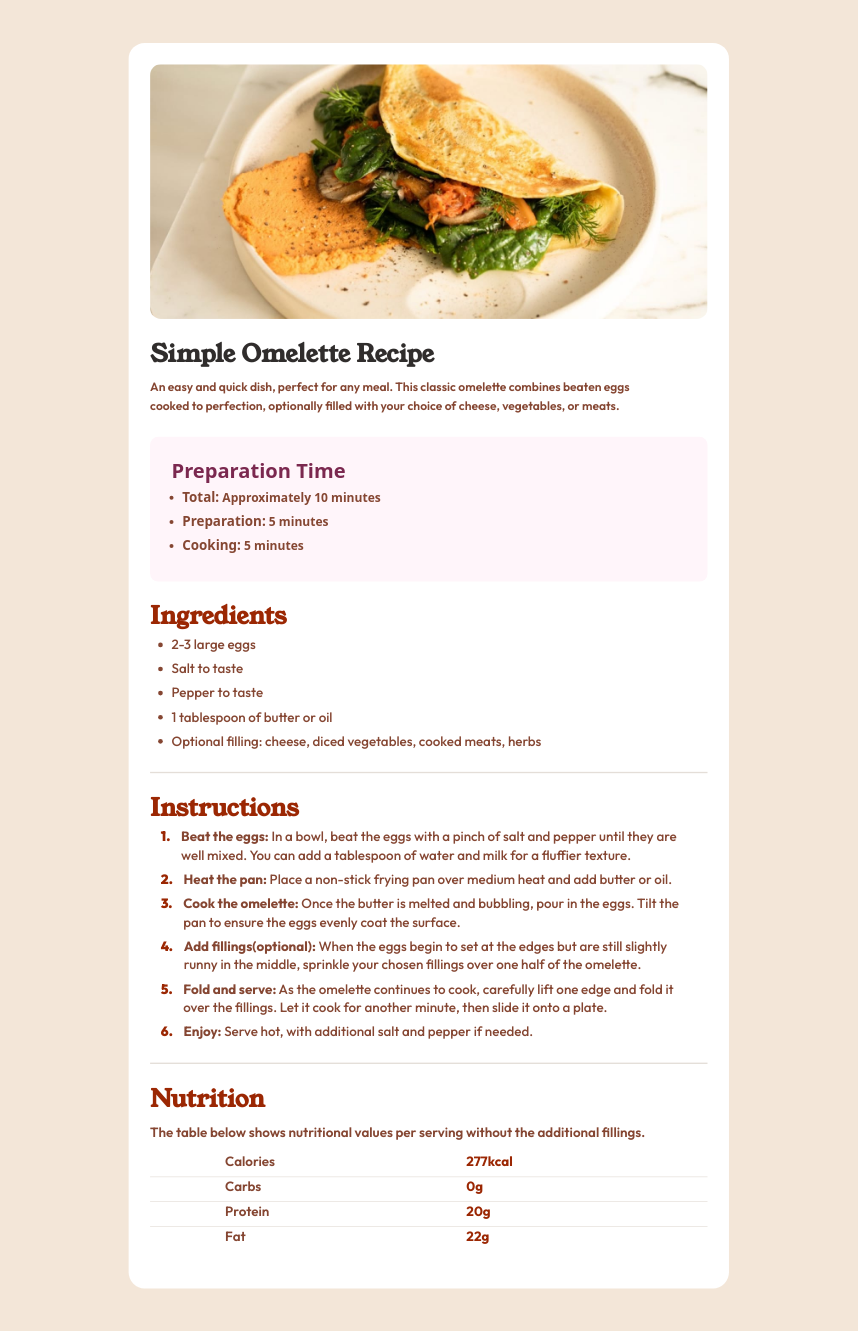
Repository: nivrii/recipe-page-main
Page: /
An editor plug-in stored every save of this project. The page is shown before and after the next save, followed by the edit.
The browser window is 1280 px wide. The pictures show the whole page, at 67% of full size.
The project was rebuilt for these pictures with package versions that can differ from the ones it lists, and the page was loaded fresh each time. Also part of the build but not shown: vite.config.js, src/index.css.

Above is the page before, as saved 2024-03-27 13:02:04.

### src/App.jsx
import "./App.css";
import { Nutrition } from "./Nutrition";
import { Instructions } from "./Instructions";
import { Ingredients } from "./Ingredients";
import { Prep } from "./Prep";
import { Header } from "./Header";
import { Image } from "./Image";
import omelette from "./assets/images/image-omelette.jpeg";

function App() {
  return (
    <body className="md:bg-eggshell md:pt-16 md:pb-16 ">
      <div className="
       flex flex-col w-screen min-h-max md:m-auto md:p-8 md:w-[70vw]
       md:bg-white md:rounded-3xl lg:w-[60vw]">
        <Image omelette={omelette} />
        <Header />
        <Prep />
        <div className="divide-y-2 divide-lightGrey mx-4 md:mx-0">
          <Ingredients />
          <Instructions />
          <Nutrition />
        </div>
      </div>
    </body>
  );
}

export default App;

### src/App.css
@import url("https://fonts.googleapis.com/css2?family=Young+Serif&display=swap");

@import url("https://fonts.googleapis.com/css2?family=Outfit:wght@100..900&display=swap");

@import "tailwindcss/base";
@import "tailwindcss/components";
@import "tailwindcss/utilities";

### src/Nutrition.jsx
export function Nutrition() {
  return (
    <div className="m-4 mb-8 md:mx-0">
      <h1 className="text-left text-nutmegLight text-3xl md:text-4xl font-bold font-young mt-8 mb-4">
        Nutrition
      </h1>
      <p className="text-nutmeg font-semibold font-outfit mb-4 md:text-xl">
        The table below shows nutritional values per serving without the
        additional fillings.
      </p>
      <div className="divide-y divide-lightGrey font-outfit md:text-xl">
        <div className="flex flex-row my-2 text-left">
          <p className="basis-1/2 text-nutmeg font-semibold ml-8 md:ml-28">Calories</p>
          <p className="basis-1/2 text-nutmegLight font-bold">277kcal</p>
        </div>
        <div className="flex flex-row my-2 text-left">
          <p className="basis-1/2 text-nutmeg font-semibold ml-8 md:ml-28">Carbs</p>
          <p className="basis-1/2 text-nutmegLight font-bold">0g</p>
        </div>
        <div className="flex flex-row my-2 text-left">
          <p className="basis-1/2 text-nutmeg font-semibold ml-8 md:ml-28">Protein</p>
          <p className="basis-1/2 text-nutmegLight font-bold">20g</p>
        </div>
        <div className="flex flex-row my-2 text-left">
          <p className="basis-1/2 text-nutmeg font-semibold ml-8 md:ml-28">Fat</p>
          <p className="basis-1/2 text-nutmegLight font-bold">22g</p>
        </div>
      </div>
    </div>
  );
}

### src/Instructions.jsx
export function Instructions() {
  return (
    <div className="m-4 md:mx-0">
      <h1 className="text-left text-nutmegLight text-3xl md:text-4xl font-bold font-young mt-8">
        Instructions
      </h1>
      <ul className="font-outfit mt-2 mb-8 mx-4 text-nutmeg font-medium space-y-2 md:text-xl lg:text-2xl">
        <li className="flex flex-row space-x-4">
          <div className="text-nutmegLight font-black">1.</div>
          <div className="">
            <span className="font-bold"> Beat the eggs:</span> In a bowl, beat
            the eggs with a pinch of salt and pepper until they are well mixed.
            You can add a tablespoon of water and milk for a fluffier texture.
          </div>
        </li>
        <li className="flex flex-row space-x-4">
          <div className="text-nutmegLight font-black ">2.</div>
          <div className="">
            <span className="font-bold"> Heat the pan:</span> Place a non-stick
            frying pan over medium heat and add butter or oil.
          </div>
        </li>
        <li className="flex flex-row space-x-4">
          <div className="text-nutmegLight font-black">3.</div>
          <div className="">
            <span className="font-bold"> Cook the omelette:</span> Once the
            butter is melted and bubbling, pour in the eggs. Tilt the pan to
            ensure the eggs evenly coat the surface.
          </div>
        </li>
        <li className="flex flex-row space-x-4">
          <div className="text-nutmegLight font-black">4.</div>
          <div className="">
            <span className="font-bold"> Add fillings(optional):</span> When the
            eggs begin to set at the edges but are still slightly runny in the
            middle, sprinkle your chosen fillings over one half of the omelette.
          </div>
        </li>
        <li className="flex flex-row space-x-4">
          <div className="text-nutmegLight font-black">5.</div>
          <div className="">
            <span className="font-bold"> Fold and serve:</span> As the omelette
            continues to cook, carefully lift one edge and fold it over the
            fillings. Let it cook for another minute, then slide it onto a
            plate.
          </div>
        </li>
        <li className="flex flex-row space-x-4">
          <div className="text-nutmegLight font-black">6.</div>
          <div className="">
            <span className="font-bold"> Enjoy:</span> Serve hot, with
            additional salt and pepper if needed.
          </div>
        </li>
      </ul>
    </div>
  );
}

### src/Ingredients.jsx
export function Ingredients() {
  return (
    <div className="m-4 md:mx-0">
      <h1 className="text-left text-nutmegLight text-3xl font-bold font-young mt-8 md:text-4xl lg:text-5xl">
        Ingredients
      </h1>
      <ul className="list-disc px-4 font-outfit mt-2 mb-8 mx-4 text-nutmeg font-medium space-y-2 md:text-xl lg:text-2xl">
        <li>2-3 large eggs</li>
        <li>Salt to taste</li>
        <li>Pepper to taste</li>
        <li>1 tablespoon of butter or oil</li>
        <li>Optional filling: cheese, diced vegetables, cooked meats, herbs</li>
      </ul>
    </div>
  );
}

### src/Prep.jsx
export function Prep() {
  return <div className="bg-roseWhite p-4 mx-8 rounded-xl md:mx-0 md:p-8">
        <h1 className="text-left text-darkRaspberry text-2xl font-bold md:text-3xl">
          Preparation Time
        </h1>
        <ul className="list-disc px-4 text-nutmeg md:text-lg">
          <li className=" font-semibold my-2 ">
            <span className="font-extrabold md:text-xl lg:text:2xl">Total:</span> Approximately 10
            minutes
          </li>
          <li className=" font-semibold my-2">
            <span className="font-extrabold md:text-xl lg:text:2xl">Preparation:</span> 5 minutes
          </li>
          <li className=" font-semibold my-2">
            <span className="font-extrabold md:text-xl lg:text:2xl">Cooking:</span> 5 minutes
          </li>
        </ul>
      </div>;
}

### src/Header.jsx
export function Header() {
  return <div className="bg-white m-8 md:mx-0">
        <h1 className="text-left text-darkCharcoal text-4xl font-bold font-young lg:text-5xl">
          Simple Omelette Recipe
        </h1>
        <p className="text-left font-outfit text-nutmeg mt-4 font-semibold md:text-lg lg:text-xl max-w-screen-md">
          An easy and quick dish, perfect for any meal. This classic omelette
          combines beaten eggs cooked to perfection, optionally filled with your
          choice of cheese, vegetables, or meats.
        </p>
      </div>;
}

### src/Image.jsx
/* eslint-disable react/prop-types */
export function Image({
  omelette
}) {
  return <div className=" md:w-auto">
        <img src={omelette} alt="omelette" className="w-screen md:w-auto md:rounded-2xl" />
      </div>;
}

### tailwind.config.js
/** @type {import('tailwindcss').Config} */
export default {
  content: ["./index.html", "./src/**/*.{js,ts,jsx,tsx}"],
  theme: {
    screens: {
      'sm': '375px',
      'md': '768px',
      'lg': '1440px',
      'xl': '1920px',
    },
    extend: {
      fontFamily: {
        outfit: ["Outfit", "sans-serif"],
        young: ["Young Serif", "serif"],
      },
      colors: {
        roseWhite: "hsl(330, 100%, 98%)",
        white: "hsl(0, 0%, 100%)",
        eggshell: "hsl(30, 54%, 90%)",
        lightGrey: "hsl(30, 18%, 87%)",
        wengeBrown: "hsl(30, 10%, 34%)",
        darkCharcoal: "hsl(24, 5%, 18%)",
        nutmeg: "hsl(14, 45%, 36%)",
        nutmegLight: "hsl(14, 96%, 31%)",
        darkRaspberry: "hsl(332, 51%, 32%)",
      },
    },
  },
  plugins: [],
};

Loaded but not shown: index.html (common file); src/main.jsx (common file)

After the next save:
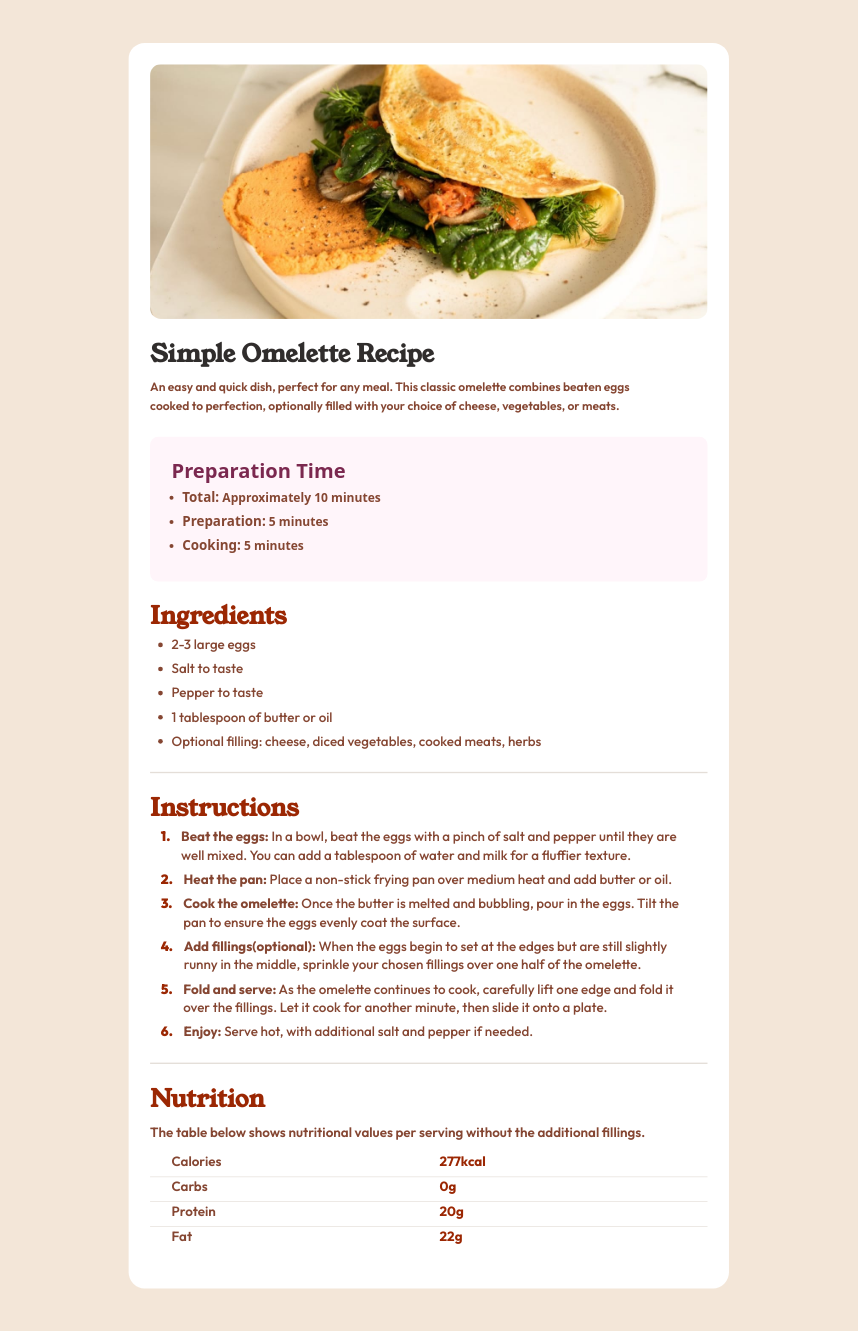
Saved 7 s later.
--- a/src/Nutrition.jsx
+++ b/src/Nutrition.jsx
@@ -10,19 +10,19 @@
       </p>
       <div className="divide-y divide-lightGrey font-outfit md:text-xl">
         <div className="flex flex-row my-2 text-left">
-          <p className="basis-1/2 text-nutmeg font-semibold ml-8 md:ml-28">Calories</p>
+          <p className="basis-1/2 text-nutmeg font-semibold ml-8 md:ml-30">Calories</p>
           <p className="basis-1/2 text-nutmegLight font-bold">277kcal</p>
         </div>
         <div className="flex flex-row my-2 text-left">
-          <p className="basis-1/2 text-nutmeg font-semibold ml-8 md:ml-28">Carbs</p>
+          <p className="basis-1/2 text-nutmeg font-semibold ml-8 md:ml-30">Carbs</p>
           <p className="basis-1/2 text-nutmegLight font-bold">0g</p>
         </div>
         <div className="flex flex-row my-2 text-left">
-          <p className="basis-1/2 text-nutmeg font-semibold ml-8 md:ml-28">Protein</p>
+          <p className="basis-1/2 text-nutmeg font-semibold ml-8 md:ml-30">Protein</p>
           <p className="basis-1/2 text-nutmegLight font-bold">20g</p>
         </div>
         <div className="flex flex-row my-2 text-left">
-          <p className="basis-1/2 text-nutmeg font-semibold ml-8 md:ml-28">Fat</p>
+          <p className="basis-1/2 text-nutmeg font-semibold ml-8 md:ml-30">Fat</p>
           <p className="basis-1/2 text-nutmegLight font-bold">22g</p>
         </div>
       </div>

After the save that followed:
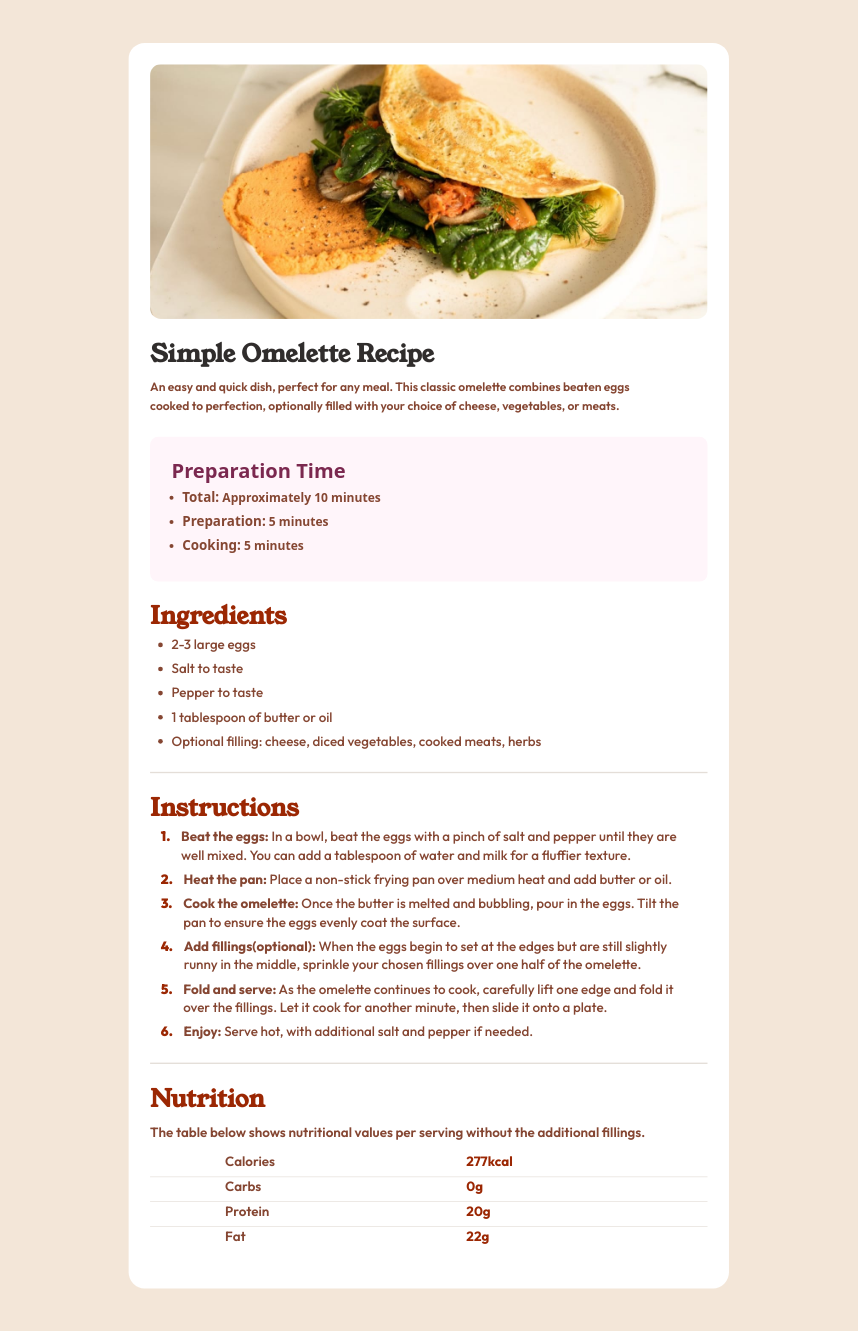
Saved 4 s later.
--- a/src/Nutrition.jsx
+++ b/src/Nutrition.jsx
@@ -10,19 +10,19 @@
       </p>
       <div className="divide-y divide-lightGrey font-outfit md:text-xl">
         <div className="flex flex-row my-2 text-left">
-          <p className="basis-1/2 text-nutmeg font-semibold ml-8 md:ml-30">Calories</p>
+          <p className="basis-1/2 text-nutmeg font-semibold ml-8 md:ml-28">Calories</p>
           <p className="basis-1/2 text-nutmegLight font-bold">277kcal</p>
         </div>
         <div className="flex flex-row my-2 text-left">
-          <p className="basis-1/2 text-nutmeg font-semibold ml-8 md:ml-30">Carbs</p>
+          <p className="basis-1/2 text-nutmeg font-semibold ml-8 md:ml-28">Carbs</p>
           <p className="basis-1/2 text-nutmegLight font-bold">0g</p>
         </div>
         <div className="flex flex-row my-2 text-left">
-          <p className="basis-1/2 text-nutmeg font-semibold ml-8 md:ml-30">Protein</p>
+          <p className="basis-1/2 text-nutmeg font-semibold ml-8 md:ml-28">Protein</p>
           <p className="basis-1/2 text-nutmegLight font-bold">20g</p>
         </div>
         <div className="flex flex-row my-2 text-left">
-          <p className="basis-1/2 text-nutmeg font-semibold ml-8 md:ml-30">Fat</p>
+          <p className="basis-1/2 text-nutmeg font-semibold ml-8 md:ml-28">Fat</p>
           <p className="basis-1/2 text-nutmegLight font-bold">22g</p>
         </div>
       </div>
